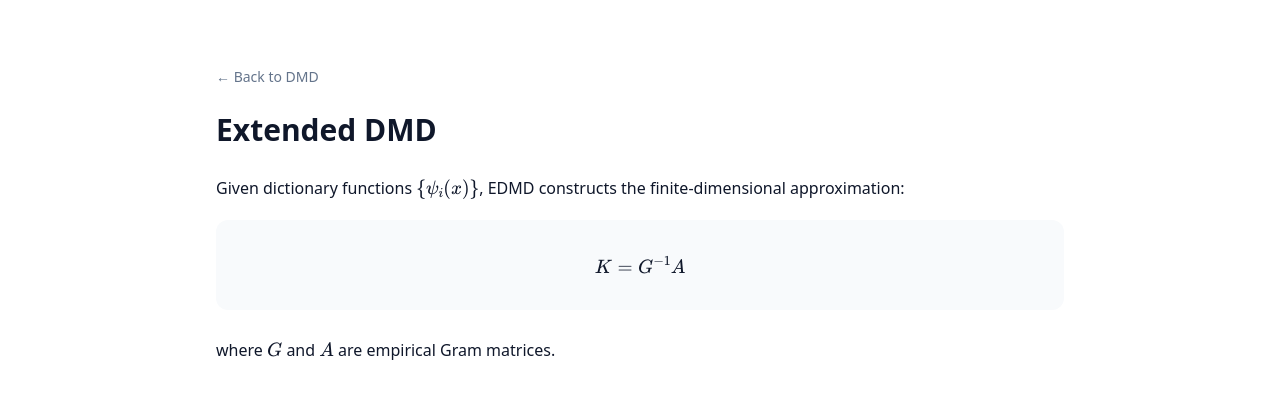
Repository: JWS625/JWS625.github.io
Page: notes/modal_analysis/03_koopman_operator_theory_and_extended_dynamics_mode_decomposition.html
An editor plug-in stored every save of this project. The page is shown before and after the next save, followed by the edit.
The browser window is 1280 px wide. The pictures show the whole page.
Some web libraries are served in a nearby version.

Above is the page before, as saved 2026-02-20 19:18:41.
Console error (its wording comes from the project's code and is left out).

After the next save:
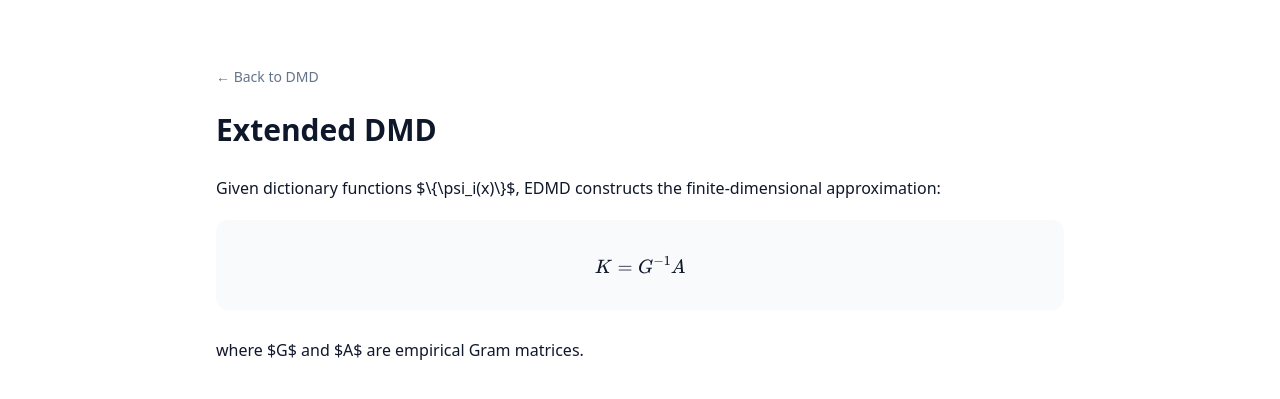
Saved 95 s later.
--- a/notes/modal_analysis/03_koopman_operator_theory_and_extended_dynamics_mode_decomposition.html
+++ b/notes/modal_analysis/03_koopman_operator_theory_and_extended_dynamics_mode_decomposition.html
@@ -8,11 +8,11 @@
 <script defer src="https://cdn.jsdelivr.net/npm/mathjax@3/es5/tex-svg.js"></script>
 
 
-<script>
+<!-- <script>
 window.MathJax = {
   tex: { inlineMath: [['$', '$'], ['\\(', '\\)']] }
 };
-</script>
+</script> -->
 <script src="https://cdn.jsdelivr.net/npm/mathjax@3/es5/tex-mml-chtml.js"></script>
 </head>
 
